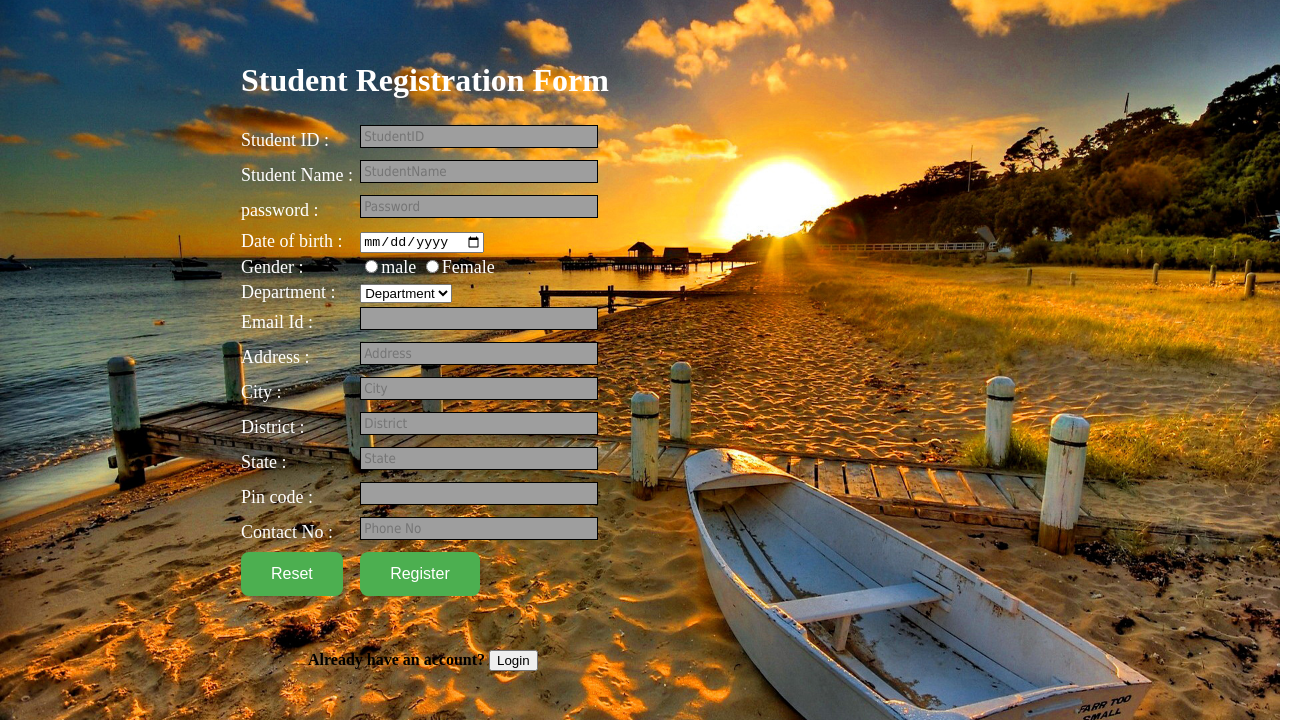
Repository: srikanthModugu/jdbc-servlet-jsp
Page: SutudentRegistration/WebContent/Registration.html
These files come from the project's save history. The page is drawn as it stood at one moment and after the next save; the edit follows.
The browser window is 1280 px wide. The page is 1308 px wide, so the pictures cover 1308 px, including what lies to the right of the window. The pictures show the whole page.
Pictures or frames that could not be fetched are drawn as grey boxes.

Above is the page before, as saved 2017-10-03 10:24:29.

After the next save:
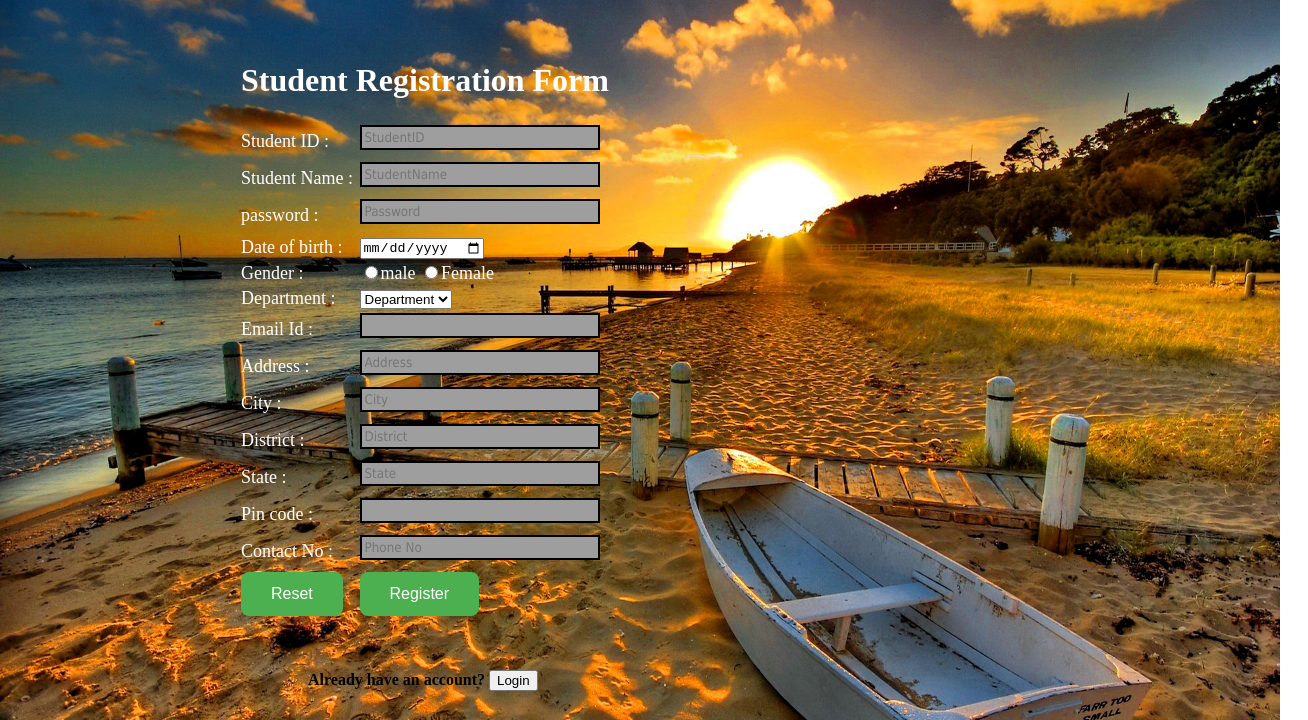
Saved 12 s later.
--- a/SutudentRegistration/WebContent/Registration.html
+++ b/SutudentRegistration/WebContent/Registration.html
@@ -18,7 +18,7 @@
 .tb10 {
 	background-image:url(images/form_bg.jpg);
 	background-repeat:repeat-x;
-	border:1px solid black;
+	border:2px solid black;
 	width: 230px;
 	color:navy;
 	padding:3px;

After the save that followed:
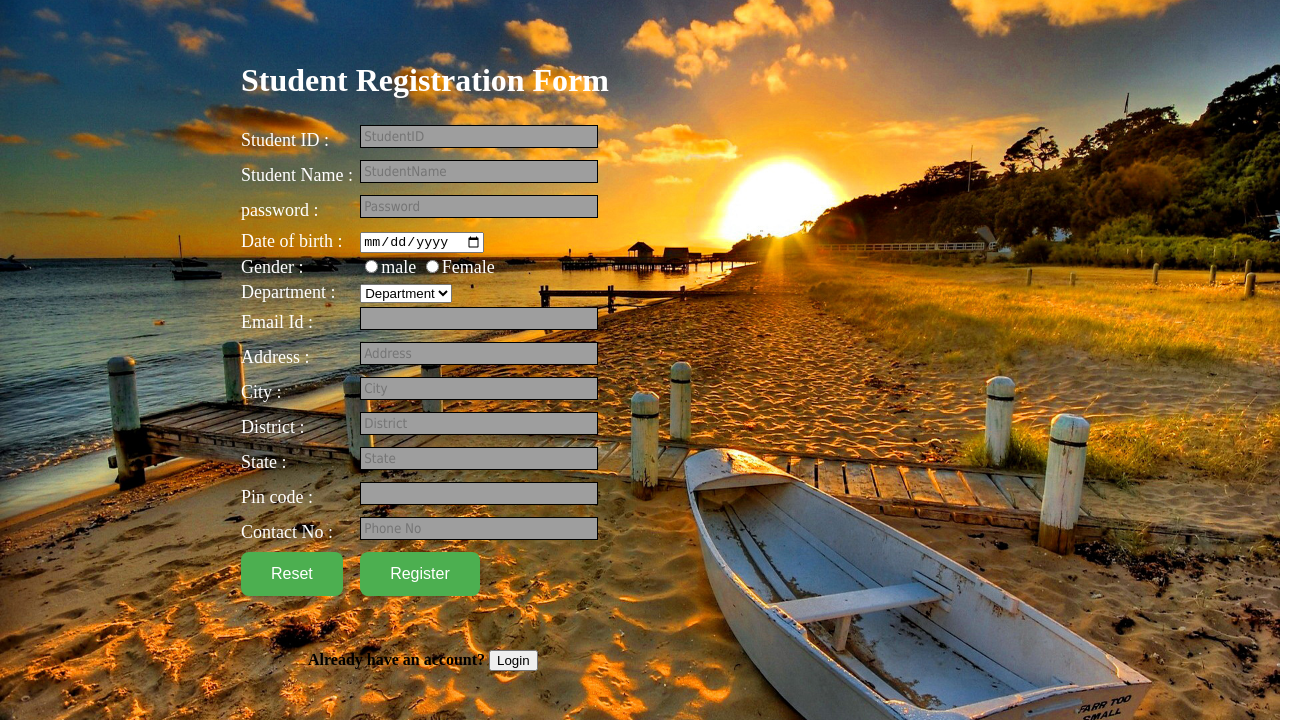
Saved 25 s later.
--- a/SutudentRegistration/WebContent/Registration.html
+++ b/SutudentRegistration/WebContent/Registration.html
@@ -18,7 +18,7 @@
 .tb10 {
 	background-image:url(images/form_bg.jpg);
 	background-repeat:repeat-x;
-	border:2px solid black;
+	border:1.5px solid black;
 	width: 230px;
 	color:navy;
 	padding:3px;
